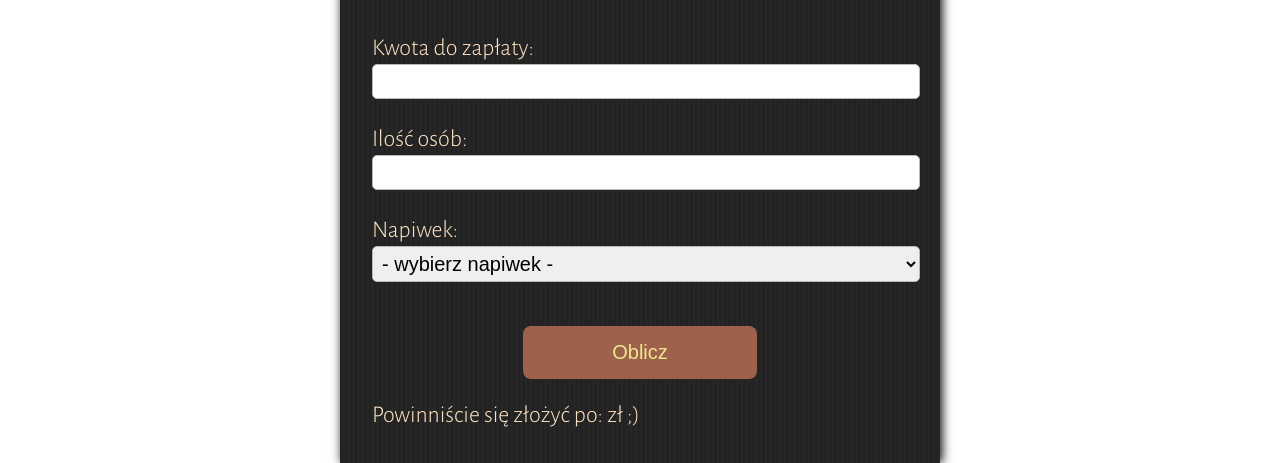
Repository: KrzysKolo/Projekt-2_Rachunek
Page: index.html
These files come from the project's save history. The page is drawn as it stood at one moment and after the next save; the edit follows.
The browser window is 1280 px wide. The pictures show the part of the page from y = 314 to 807 px (the page is 777 px tall before and 807 px after).
Some web fonts or font styles are not loaded; a fallback is used.

Above is the page before, as saved 2020-07-02 08:27:51.

After the next save:
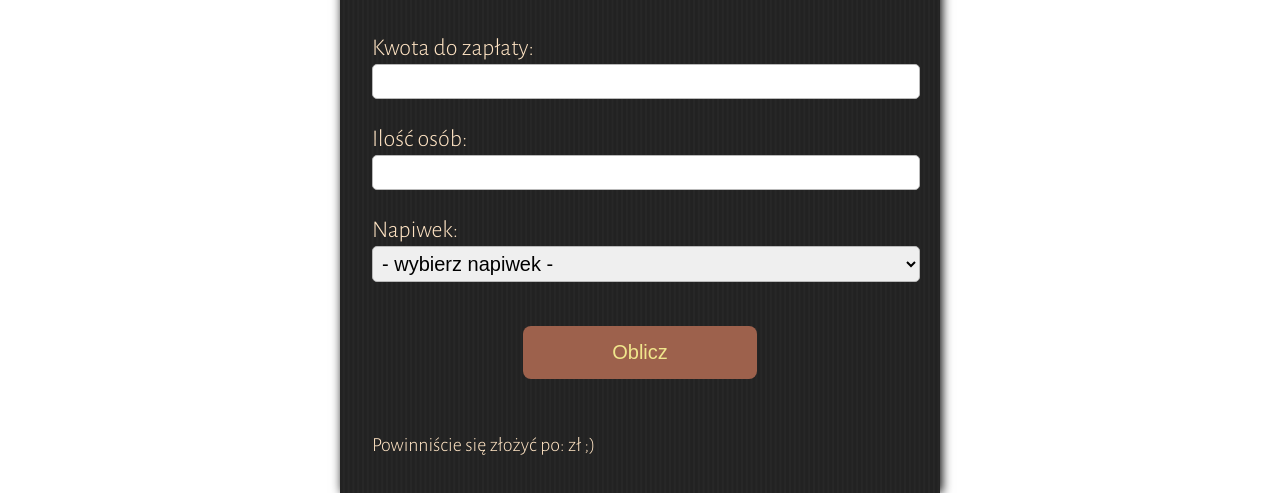
Saved 90 s later.
--- a/css/style.css
+++ b/css/style.css
@@ -83,6 +83,10 @@ body {
 .article__btn:hover {
   background-color: rgb(132, 81, 64);
 }
+.article__cost-info {
+  margin-top: 30px;
+  font-size: 1.25rem;
+}
 /*
 .rotate-hor-center {
   animation: rotate-hor-center 0.5s alternate forwards;
